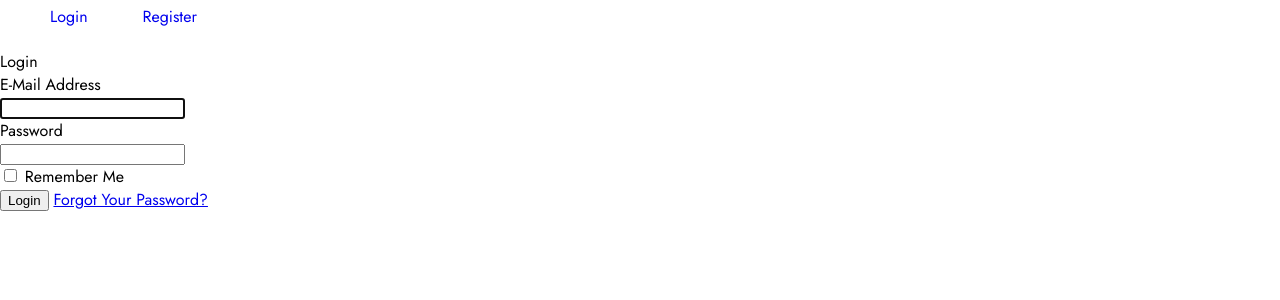
Repository: PatryxB/bikeService
Page: http://localhost/login
The author's editor kept a copy of each file at every save. The page is drawn from the files as they stood at one save, then again after the next save.
The browser window is 1280 px wide. The pictures show the whole page.
The page is served by the project's Laravel application, run on PHP 8.4 with Laravel 8. Style sheets and scripts are compiled from the project's sources, by tool versions that may differ from the author's.

Above is the page before, as saved 2020-05-01 15:33:38.

After the next save:
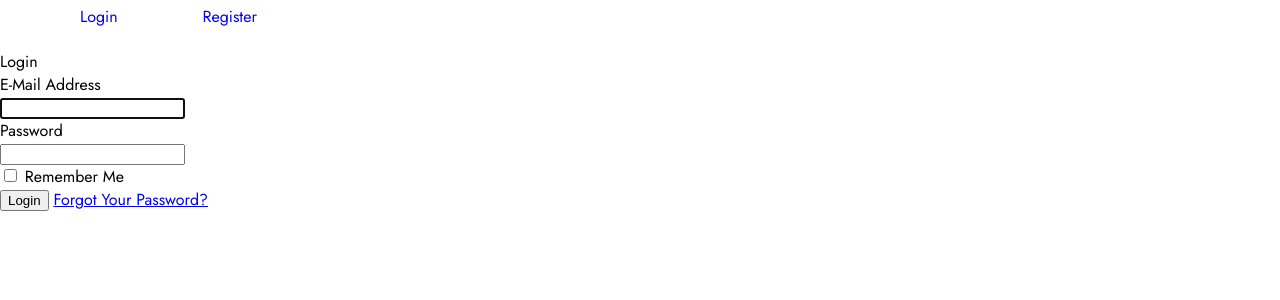
Saved 17 s later.
--- a/resources/sass/app.scss
+++ b/resources/sass/app.scss
@@ -17,5 +17,5 @@ nav a{
     text-decoration: none;
     display: inline-block;
     margin-top: .4%;
-    margin-left: 50px;
+    margin-left: 80px;
 }
